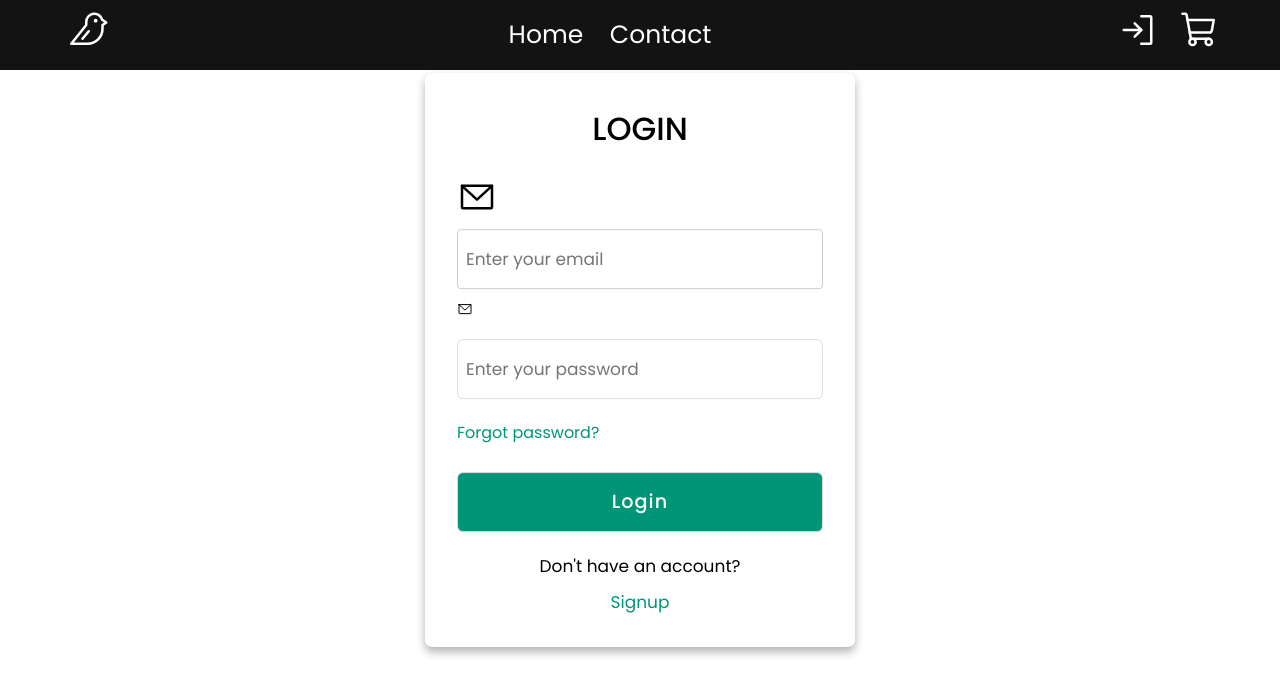
Repository: hoangdanh2/swp301
Page: /register
The author's editor kept a copy of each file at every save. The page is drawn from the files as they stood at one save, then again after the next save.
The browser window is 1280 px wide. The pictures show the whole page.
The project was rebuilt for these pictures with package versions that can differ from the ones it lists, and the page was loaded fresh each time. Also part of the build but not shown: src/pages/shop/product.jsx, src/pages/shop/shop.css, src/pages/shop/shop.jsx, src/pages/contact/contact.jsx, src/pages/cart/cart-item.jsx, src/pages/cart/cart.css, src/pages/cart/cart.jsx.

Above is the page before, as saved 2023-05-29 11:06:18.

After the next save:
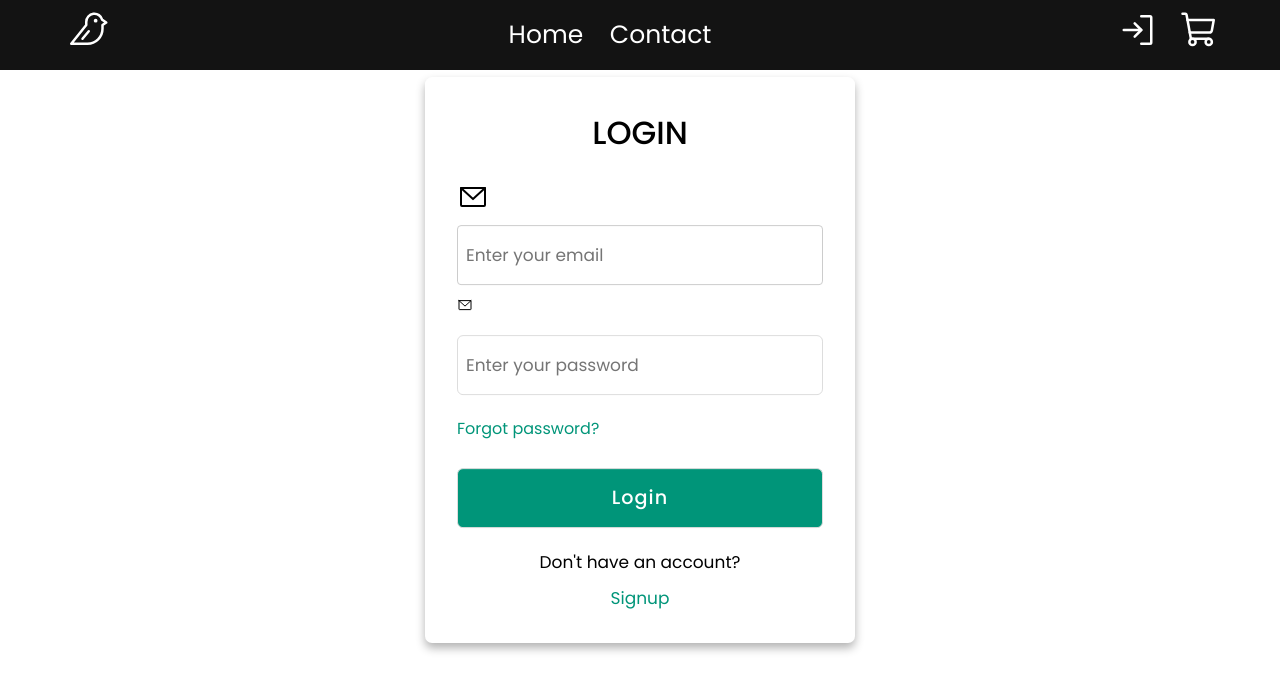
Saved 4 s later.
--- a/src/pages/register/register.jsx
+++ b/src/pages/register/register.jsx
@@ -10,7 +10,7 @@ export const Register = () => {
       <header>LOGIN</header>
       <form action="#">
         <div className="login-form">
-        <span className="icon-login"><EnvelopeSimple size={40}></EnvelopeSimple></span>
+        <span className="icon-login"><EnvelopeSimple size={32}></EnvelopeSimple></span>
         <input type="text" placeholder="Enter your email" required></input>
         <span className="icon-login"><EnvelopeSimple></EnvelopeSimple></span>
         <input type="password" placeholder="Enter your password" required></input>
